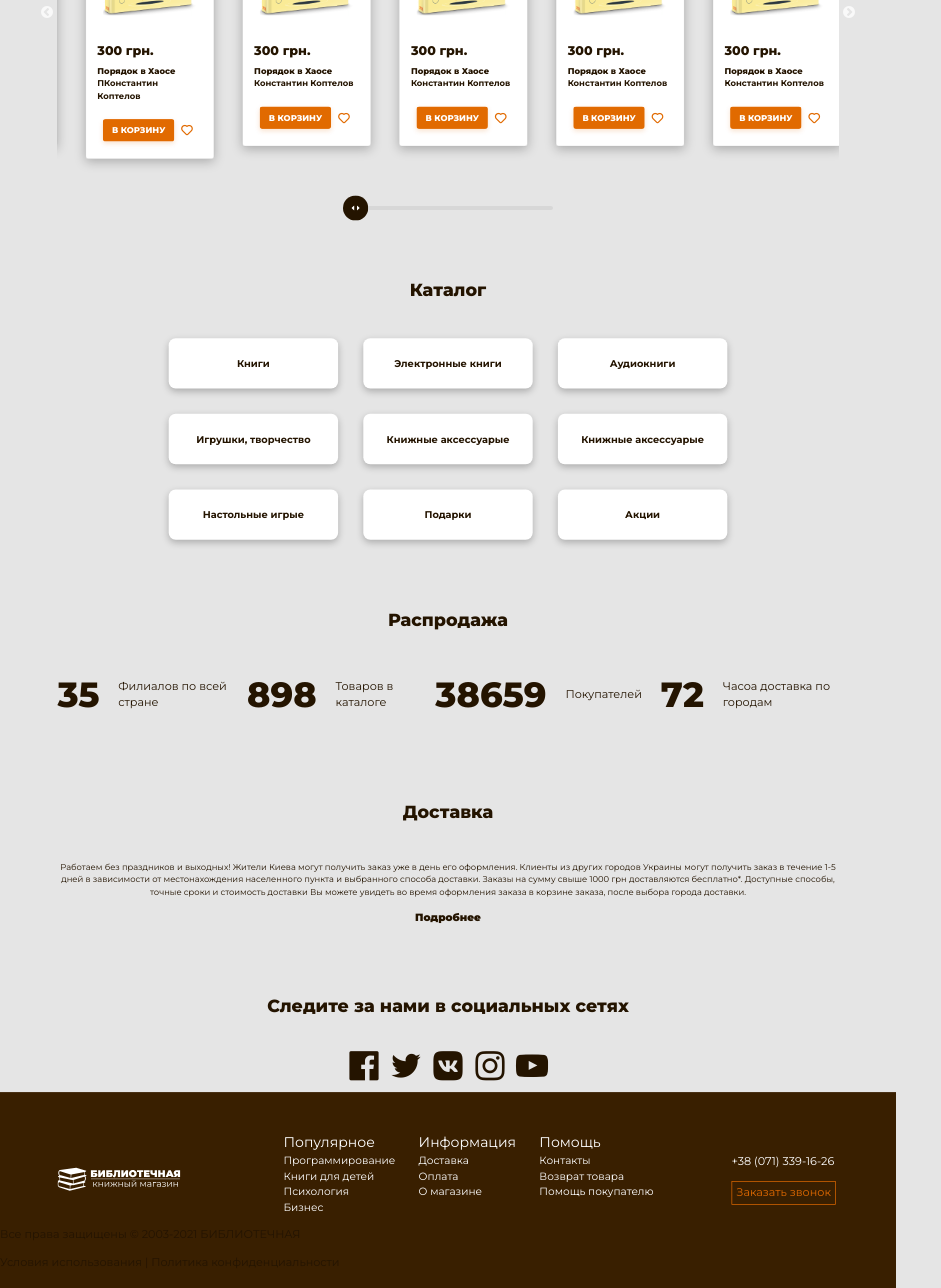
Repository: saidabbasun/Kutubxona
Page: /
These files come from the project's save history. The page is drawn as it stood at one moment and after the next save; the edit follows.
The browser window is 1280 px wide. The page is 1344 px wide, so the pictures cover 1344 px, including what lies to the right of the window. The pictures show the part of the page from y = 1853 to 3693 px (the page is 3693 px tall before and 3647 px after), at 70% of full size.
The project was rebuilt for these pictures with package versions that can differ from the ones it lists, and the page was loaded fresh each time.

Above is the page before, as saved 2022-05-30 19:29:37.

### public/index.html
<!DOCTYPE html>
<html lang="en">
  <head>
    <meta charset="utf-8" />
    <link rel="icon" href="%PUBLIC_URL%/favicon.ico" />
    <meta name="viewport" content="width=device-width, initial-scale=1" />
    <meta name="theme-color" content="#000000" />

    <meta
      name="description"
      content="Web site created using create-react-app"
    />
    <link rel="stylesheet" href="https://unicons.iconscout.com/release/v4.0.0/css/line.css">
    <link href="https://cdn.jsdelivr.net/npm/bootstrap@5.0.2/dist/css/bootstrap.min.css" rel="stylesheet" integrity="sha384-EVSTQN3/azprG1Anm3QDgpJLIm9Nao0Yz1ztcQTwFspd3yD65VohhpuuCOmLASjC" crossorigin="anonymous">
    <title>React App</title>
  </head>
  <body>
    <noscript>You need to enable JavaScript to run this app.</noscript>
    <div id="root"></div>
    <script src="https://cdn.jsdelivr.net/npm/bootstrap@5.0.2/dist/js/bootstrap.bundle.min.js" integrity="sha384-MrcW6ZMFYlzcLA8Nl+NtUVF0sA7MsXsP1UyJoMp4YLEuNSfAP+JcXn/tWtIaxVXM" crossorigin="anonymous"></script>
    <script src="https://cdn.jsdelivr.net/npm/@popperjs/core@2.9.2/dist/umd/popper.min.js" integrity="sha384-IQsoLXl5PILFhosVNubq5LC7Qb9DXgDA9i+tQ8Zj3iwWAwPtgFTxbJ8NT4GN1R8p" crossorigin="anonymous"></script>
    <script src="https://cdn.jsdelivr.net/npm/bootstrap@5.0.2/dist/js/bootstrap.min.js" integrity="sha384-cVKIPhGWiC2Al4u+LWgxfKTRIcfu0JTxR+EQDz/bgldoEyl4H0zUF0QKbrJ0EcQF" crossorigin="anonymous"></script>
  </body>
</html>

### src/Components/Home/Home.jsx
import React from 'react'
import Header from './Header'
import Slider from '../../assets/img/Слайдер.png'
import '../../Style/Home/Home.scss';
const Home = () => {
  return (
    <div >
      <Header/>
      <div className="  container aktsiya row" id='Aktsiya'  >

        <div className="col-5">
  <div className="card-body ">
    <h1 className="card-title ">Киниги от  А до Я</h1>
    <p className="card-text">В нашем магазине можно найти книгу на любой вкус. Большой ассортимент. Приятные цены. Интересные сюжеты.</p>
    <a href="#" className="btn btnAksiya">Перейти в каталог</a>

</div>
        </div>
        <div className="col-1"></div>
        <div className="col-6 Slider">
          <img className='Slider' src={Slider} alt="Slider" />
        </div>
      </div>


    </div>
  )
}

export default Home;

### src/Components/Home/Catagory.jsx
import "../../Style/Home/Catagory.scss";

import React from 'react'

import Carusel from "./Carusel";

const Catagory = () => {
  return (
    <div>
       <div className="mt-5 container-xl" id="Catagory">
          <nav class="navbar navbar-expand-xl navbar-light  d-flex align-items-center ">
            <a class="navbar-brand fw-bold">Горячие поступления </a>

            <ul class="navbar-nav mr-auto">
              <li class="nav-item active">
                <a class="nav-link" href="#">
                  Фантастика
                </a>
              </li>
              <li class="nav-item">
                <a class="nav-link" href="#">
                  Саморазвитие
                </a>
              </li>
              <li class="nav-item">
                <a class="nav-link" href="#">
                  Детективы
                </a>
              </li>
              <li class="nav-item active">
                <a class="nav-link" href="#">
                  Детские
                </a>
              </li>
              <li class="nav-item">
                <a class="nav-link" href="#">
                  Аудиокниги
                </a>
              </li>
              <li class="nav-item">
                <a class="nav-link" href="#">
                  Другие
                </a>
              </li>
            </ul>
          </nav>
          <div className="cardWrapper">
          <Carusel/>
          </div>
          </div>
    </div>
  )
}

export default Catagory

### src/Style/Globl/_globl.scss
@import './variable';
@import './font-face.scss';
@import './Media.scss';

*{
    box-sizing: border-box;
    margin: 0;
    padding: 0;
    color: $color_text  ;
    list-style: none;
}
body{
    font-family: Montserrat;
    background: $color_bg;
    color: $color_text;
}
textarea:hover,
input:hover,
textarea:active,
input:active,
textarea:focus,
input:focus,
button:focus,
button:active,
button:hover,
label:focus,
.btn:active,
.btn.active
{
    outline:0px !important;
    -webkit-appearance:none;
    box-shadow: none !important;
}
.container{
    width: 80vw;
    margin: 0 auto;
}
i{
    cursor: pointer;
}

### src/Components/Aktsiya/Aktsiya.jsx
import React from 'react'
import '../../Style/Aktsiya/Aktsiya.scss'
import Carusel from '../Home/Carusel'
const Aktsiya = () => {
  return (
    <div>
        <div className="container-xl pt-5 mt-5" id='Aksiya'>
         <div className="title">
             <p>Распродажа</p>
         </div>
         <Carusel/>

        </div>
    </div>
  )
}

export default Aktsiya

### src/Components/Ctalog/Catalog.jsx
import React from 'react'
  import '../../Style/Catalog/Catalog.scss';
const Catalog = () => {

 const  listItem=['Книги','Электронные книги','Аудиокниги','Игрушки, творчество','Книжные аксессуарые','Книжные аксессуарые','Настольные игрые','Подарки','Акции']
  return (
    <div className=' container-xl  mt-5' id='Katalog'>
        <div className="title   pt-5">
            <p>Каталог</p>
        </div>
        <div className="CatalogWrapper" >
          {listItem.map((text,ind)=>(

      <button key={ind} className='Button '><a className='btnText' href="#">{text}</a></button>



          ))}
          </div>
        </div>

  )
}

export default Catalog

### src/Components/About/About.jsx
import React from 'react'
import '../../Style/About/Abot.scss'
const About = () => {
  return (

           <div className="container-xl pt-5 mt-5" id='About'>
         <div className="title">
             <p>Распродажа</p>
         </div>
         <div className="Wrapper">
             <p className="Namber">
                 35
             </p>
             <p className="Text">
             Филиалов по всей стране
             </p>
             <p className="Namber">
                 898
             </p>
             <p className="Text">
             Товаров в каталоге
             </p>
             <p className="Namber">
                 38659
             </p>
             <p className="Text">
             Покупателей
             </p>
             <p className="Namber">
                 72
             </p>
             <p className="Text">
             Часоа доставка по городам
             </p>
         </div>
    </div>
  )
}

export default About

### src/Components/Dastafka/Dastafka.jsx
import React from 'react'
import '../../Style/Dastafka/Dastafka.scss'
const Dastafka = () => {
  return (
    <div className="container-xl pt-5 mt-5" id='About'>
    <div className="title">
        <p>Доставка</p>
    </div>
    <div className="d_Text">
        <p>Работаем без праздников и выходных! Жители Киева могут получить заказ уже в день его оформления. Клиенты из других городов Украины могут получить заказ в течение 1-5 дней в зависимости от местонахождения населенного пункта и выбранного способа доставки. Заказы на сумму свыше 1000 грн доставляются бесплатно*. Доступные способы, точные сроки и стоимость доставки Вы можете увидеть во время оформления заказа в корзине заказа, после выбора города доставки.


</p>
<a href="#" className='d_link'>Подробнее</a>
    </div>
    </div>
  )
}

export default Dastafka

### src/Components/Blog/Blog.jsx
import '../../Style/Blog/Blog.scss';
import React from 'react'

const Blog = () => {
  return (

         <div className="container-xl pt-5 mt-5" id='About'>
    <div className="title">
        <p>Следите за нами в социальных сетях</p>
    </div>

    <div className="Blog">
        <a href="#"><i class="uil uil-facebook blogIcon "></i></a>
        <a href="#"><i class="uil uil-twitter blogIcon"></i></a>
        <a href="#"><i class="uil uil-vk blogIcon"></i></a>
        <a href="#"><i class="uil uil-instagram blogIcon"></i></a>
        <a href="#"><i class="uil uil-youtube blogIcon"></i></a>
    </div>
 </div>
  )
}

export default Blog

### src/Components/Footer/Footer.jsx
import '../../Style/Footer/Footer.scss';
import React from 'react'
import Logo from '../../assets/icon/FooterLogo.svg'

const Footer = () => {
  return (
    <div className='Footer'>
        <div className="GridItem  container-xl">

       <div>
       <img src={Logo} alt="" />
       </div>

      <div className="List">
        <ul>
            <li>Популярное</li>
            <li> Программирование</li>
            <li>Книги для детей</li>
            <li> Психология</li>
            <li> Бизнес</li>
        </ul>
        <ul>
            <li>Информация</li>
            <li>  Доставка  </li>
            <li> Оплата</li>
            <li>  O магазине</li>

        </ul>
        <ul>
            <li>Помощь</li>
            <li>  Контакты</li>
            <li> Возврат товара</li>
            <li> Помощь покупателю</li>

        </ul>
        </div>
        <div className="Tel">
            <p className="TelNumber">
            +38 (071) 339-16-26
            </p>
            <a href="#"><button className='tel_Btn   '>Заказать звонок</button></a>
        </div>
        </div>
        <div className="footerBootom">
            <p className='Text'>Все права защищены © 2003-2021 БИБЛИОТЕЧНАЯ </p>
            <p className='Text'> Условия использования | Политика конфиденциальности</p>
        </div>
    </div>
  )
}

export default Footer

### src/Components/Home/Header.jsx

import React  from 'react'
import Logo  from '../../assets/icon/Logo.svg'
import Menu from '../../assets/icon/Menu.svg'
import '../../Style/Home/Header.scss'
const Header = () => {
  return (
    <div className='header'>
    <nav className="navbar container-xl justify-content-around navbar-expand-lg navbar-light ">
  <a className="navbar-brand" href="#">
    <img src={Logo} alt="logo" />
  </a>



    <ul className="navbar-nav ">
      <li className="nav-item active">
        <a className="nav-link" href="#">Акции </a>
      </li>
      <li className="nav-item">
        <a className="nav-link" href="#">Каталлог</a>
      </li>
      <li className="nav-item ">
        <a className="nav-link" href="#">Доставка </a>
      </li>
      <li className="nav-item">
        <a className="nav-link" href="#">О магазине</a>
      </li>

      <li className="nav-item">
        <a className="nav-link " href="#">Блог</a>
      </li>
    </ul>

  <form className="  searchForm">
  <i className="uil uil-search"></i>
      <input className="form-control" type="search" placeholder=" Поиск" aria-label="search"/>

    </form>
    <div className='heartCart d-flex  '>
    <i className="uil uil-heart"></i>
    <div className="cart d-flex align-items-center">
    <i className="uil uil-shopping-cart"></i>
    <div className="dropdown">
  <button  className="btn  dropdown-toggle"  id="dropdownMenuButton1" data-bs-toggle="dropdown" aria-expanded="false">
  2 228 грн.  </button>
  <ul className="dropdown-menu" aria-labelledby="dropdownMenuButton1">
    <li><a className="dropdown-item" href="#">2 228 грн.</a></li>
    <li><a className="dropdown-item" href="#">3 228 грн.</a></li>
    <li><a className="dropdown-item" href="#"> 228 грн.</a></li>
  </ul>
</div>
</div>

        </div>
        <img className='menu  d-xxl-none ' src={Menu} alt="Menu" />
</nav>
</div>

  )
}

export default Header

### src/Style/Home/Home.scss
@import '../Globl/variable';
#Aktsiya{

   display: flex;
   align-items: center;
   justify-content: center;
   padding-top: 161px;
   padding-bottom:80px ;



.card-title{
    font-family: MontserratBolt;
    font-weight: 900;
font-size: 36px;
font-style: normal;
}

.btn{
    font-family: MontserratBolt;
background-color: $color_HeartCart;
font-weight: 900;
font-size: 15px;
color: $color_white;
}
}

### src/Style/Home/Catagory.scss
@import '../Globl/variable';


    .cardWrapper{
     padding: 50px   0 ;

    }

    .card{

          margin: 20px 0 20px 40px;
    max-width: 184px;
    box-shadow: 0px 4px 15px rgba(0, 0, 0, 0.25);
}
.card-title{
    font-family: MontserratBolt;
    font-weight: 700;
font-size: 18px;
}
.card-text{
    font-weight: 700;
font-size: 12px;
}
.bookName{
    font-family: MontserratBolt;
    font-style: normal;
font-weight: 700;
font-size: 12px;
}
.btn{
    font-family: MontserratBolt;
    background-color:$color_HeartCart ;
    box-shadow: 0px 3px 8px rgba(225, 106, 0, 0.19);
    color: $color_white;
    font-weight: 900;
font-size: 12px;
text-transform: uppercase;
}
i{
    font-size: 20px;
    color: $color_HeartCart;
}

.scrollInput{
  margin-top: 47px;
  width: 100%;
  display: flex;
  justify-content: center;
}


input[type="range"] {
  -moz-appearance: none;
  -webkit-appearance: none;
  background: #D7D7D7;
  border-radius: 3px;
  height: 6px;
  width: 300px;
  cursor: pointer;
}
  input[type="range"]::-webkit-slider-thumb {
    appearance: none;
    -webkit-appearance: none;
    background-color:$color_text;
    background-image: url("data:[embedded picture, 262 characters]");
    background-position: center;
    background-repeat: no-repeat;
    border: 0;
    border-radius: 50%;
    cursor: pointer;
    height: 36px;
    width: 36px;
  }


  input[type="range"]::-moz-focus-outer {
    border: 0;
  }

### src/Style/Globl/_variable.scss
// colorcolor_HeartCart
$color_white:#FFFFFF;
$color_bg:#E5E5E5;
$color_border: rgba(105, 103, 100, 0.59);
$color_HeartCart:#E16A00;
$color_text:#241400;
$color_footer:#391F00;

### src/Style/Globl/font-face.scss


@font-face {
    font-family:MontserratBolt ;

    src:  url('../../assets/fontFamily/Montserrat/static/Montserrat-ExtraBold.ttf');
  }
  @font-face {
    font-family:Montserrat ;

    src:  url('../../assets/fontFamily/Montserrat/Montserrat-VariableFont_wght.ttf');
  }

### src/Style/Globl/Media.scss
@import './variable';


// Tablet media query

@media (max-width: 992px) {


    .navbar-nav{
    display: none;


    }
   }

### src/Style/Aktsiya/Aktsiya.scss
.title{
    font-weight: 900;
font-size: 25px;
font-family: MontserratBolt;
text-align: center;
margin-bottom: 50px;
}

### src/Style/Catalog/Catalog.scss
@import '../Globl/variable';

.CatalogWrapper{
    max-width: 798px;
    margin: 0 auto;
    display:grid;
    grid-template-columns:repeat(3,1fr);
    gap: 36px;
}
.Button{
    background:$color_white;
box-shadow: 0px 4px 11px rgba(0, 0, 0, 0.25);
border-radius: 10px;
border: none;
padding: 24px 0;
}
.btnText{
text-decoration: none;
 color: $color_text;
    font-weight: 700;
    font-size: 14px;
}

### src/Style/About/Abot.scss
@import '../Globl/variable';

.Wrapper{
    display: flex;
    align-items: center;
    column-gap: 27px;
    justify-content: center;
}
.Namber{
    font-style: normal;
font-weight: 900;
font-size: 50px;
font-family: MontserratBolt;
}

### src/Style/Dastafka/Dastafka.scss
@import '../Globl/variable';
.d_Text{
    font-style: normal;
font-weight: 400;
font-size: 12px;
display: flex;
flex-direction: column;
align-items: center;
text-align: center;

}
.d_link{
    text-decoration: none;
    color: $color_text;
    font-size: 15px;
    font-weight: 900;
}

### src/Style/Blog/Blog.scss
@import '../Globl/variable';
.blogIcon{

    color: $color_text;
    font-size: 50px;
    padding: 5px;

}
.Blog{
    margin-top: -20px;
    text-align: center;
}

### src/Style/Footer/Footer.scss
@import '../Globl/variable';
.Footer{
    padding: 56px 0 8px;
    background-color: $color_footer;

}
.GridItem{
    display: grid;
    grid-template-columns: repeat(3,auto);

    align-items: center;
}
.List{
    font-style: normal;
font-weight: 400;
font-size: 15px;
    display: grid;
grid-template-columns: repeat(3,auto);
padding: 0 110px;

}
li{
    color: $color_white;
}
.Tel{
    display:grid ;
    grid-column: 10px;

}
.TelNumber{
    color: $color_white;
}
.tel_Btn{
    background-color: transparent;
    border: 1px solid $color_HeartCart;
    color: $color_HeartCart;
    padding: 4px 6px;
}

li:nth-child(1) {
        font-size: 20px;
}
.footerBootomText{
    display: flex;
    text-align: center;
    gap:30px;

    .Text{
        font-weight: 400;
        font-size: 12px;
        color: $color_white;
    }
}

### src/Style/Home/Header.scss
@import '../Globl/variable';

.header{
    position: fixed;
    left: 0;
    right: 0;
    top: 0;
}

.nav-link{
    font-style: normal;
font-weight: 400;
font-size: 12px;
}
.searchForm{
    max-width: 200px;
    display: flex;
    align-items: center;
    border-bottom: 1px solid  $color_border;
    input{
        border: none;
        background: $color_bg;
        font-size: 12px;
    }

    input:focus{
        box-shadow: none;
        background: $color_bg;
    }
}
.heartCart{
gap: 10px;
i{

    color: $color_HeartCart;
    font-size: 40px;

}
}
.dropdown {
    margin-left: -10px;
    button{

        font-size: 14px;
            }
}
.dropdown-menu{
    font-weight: 400;
    font-size: 14px;
    background-color: $color_bg;
}

Loaded but not shown: src/index.js (common file); src/App.js (25 lines, source omitted); src/Components/Home/Carusel.jsx (191 lines, source omitted)

After the next save:
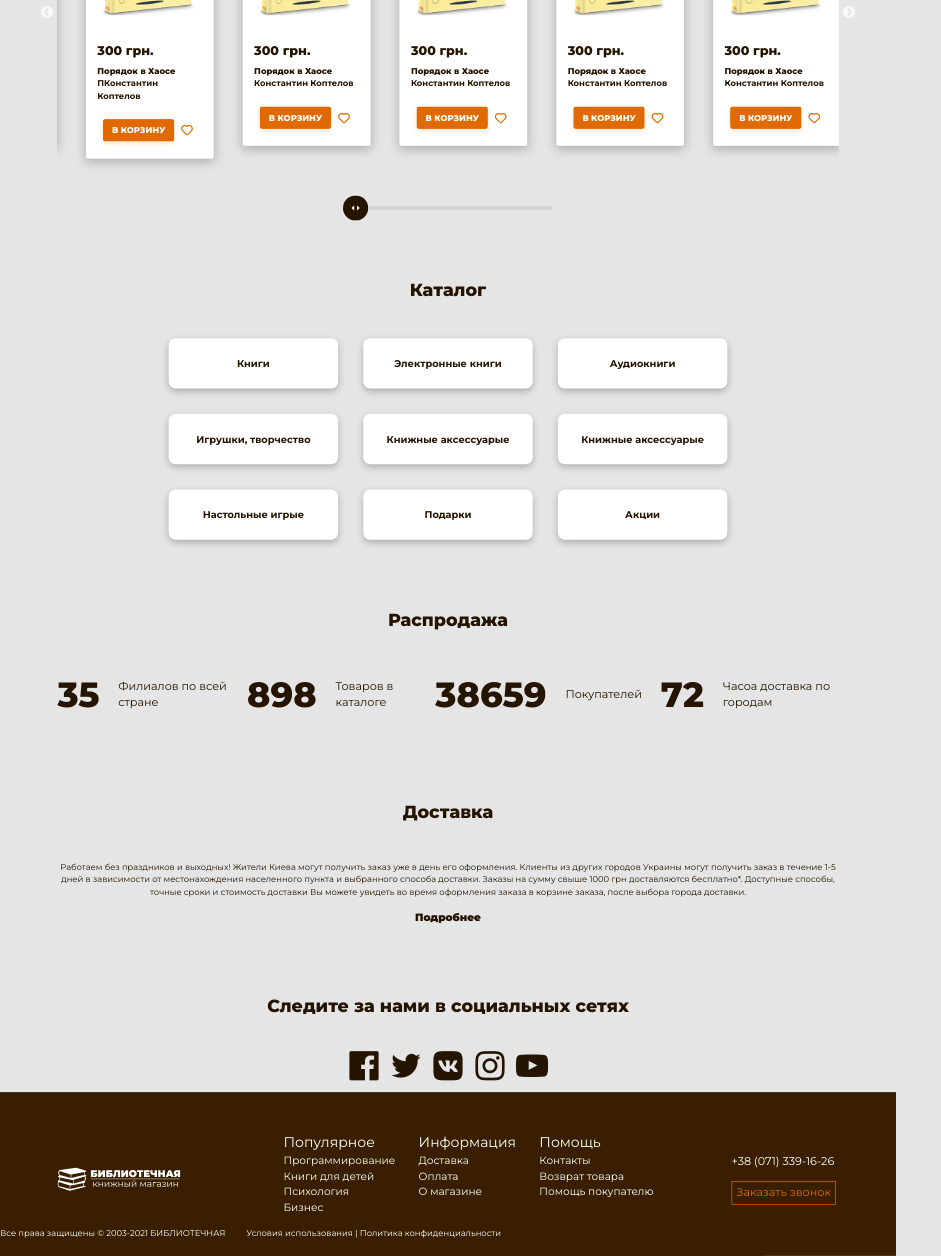
Saved 28 s later.
--- a/src/Components/Footer/Footer.jsx
+++ b/src/Components/Footer/Footer.jsx
@@ -41,7 +41,7 @@ const Footer = () => {
             <a href="#"><button className='tel_Btn   '>Заказать звонок</button></a>
         </div>
         </div>
-        <div className="footerBootom">
+        <div className="footerBootomText">
             <p className='Text'>Все права защищены © 2003-2021 БИБЛИОТЕЧНАЯ </p>
             <p className='Text'> Условия использования | Политика конфиденциальности</p>
         </div>
